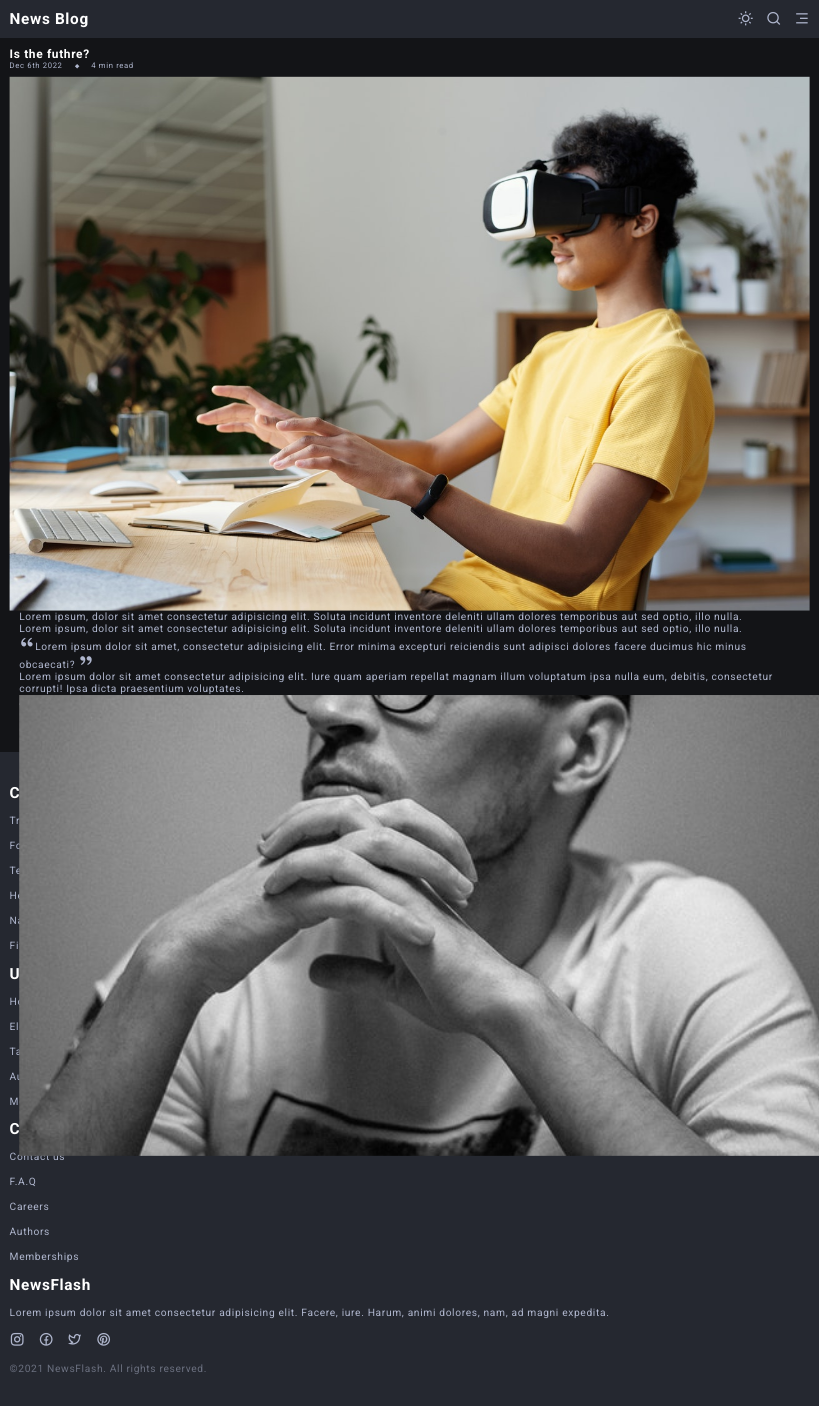
Repository: Junichi-Machii/news-blog-test
Page: post.html
An editor plug-in stored every save of this project. The page is shown before and after a run of saves, followed by the edit.
The browser window is 1280 px wide. The pictures show the whole page, at 64% of full size.
The style sheet was rebuilt from its Sass, Less or Tailwind sources for each picture, by a compiler version that may differ from the author's.

Above is the page before, as saved 2023-05-13 10:39:48.

After the next 4 saves:
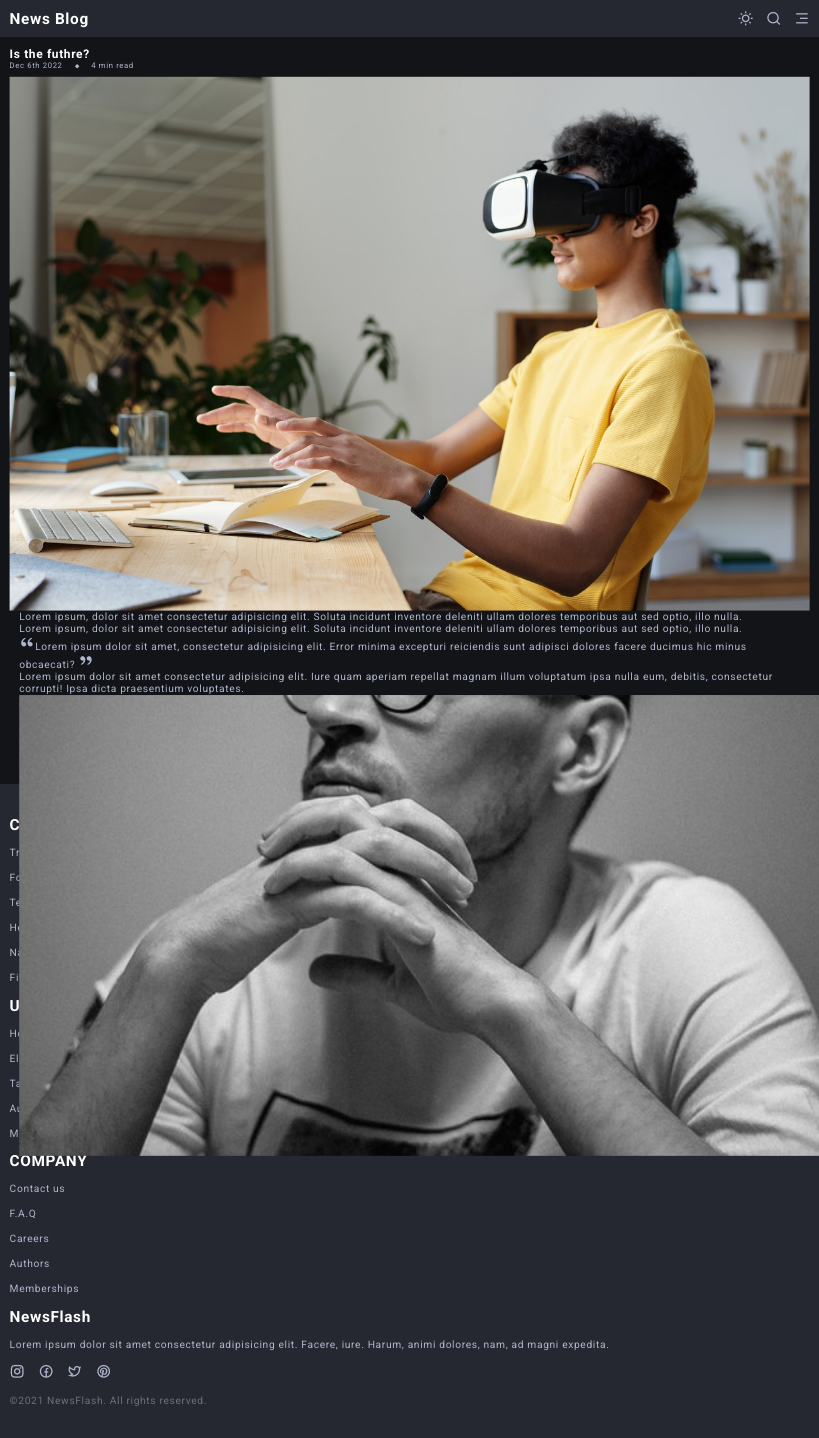
The 4 saves are shown as one change because they came seconds apart.
The last was saved 10 s later.
--- a/style.scss
+++ b/style.scss
@@ -652,6 +652,6 @@ body.light-theme {
 }
 /* Blog post */
 .blog-post {
-
+  padding-bottom: 5rem;
 }
 /* Media queries */
